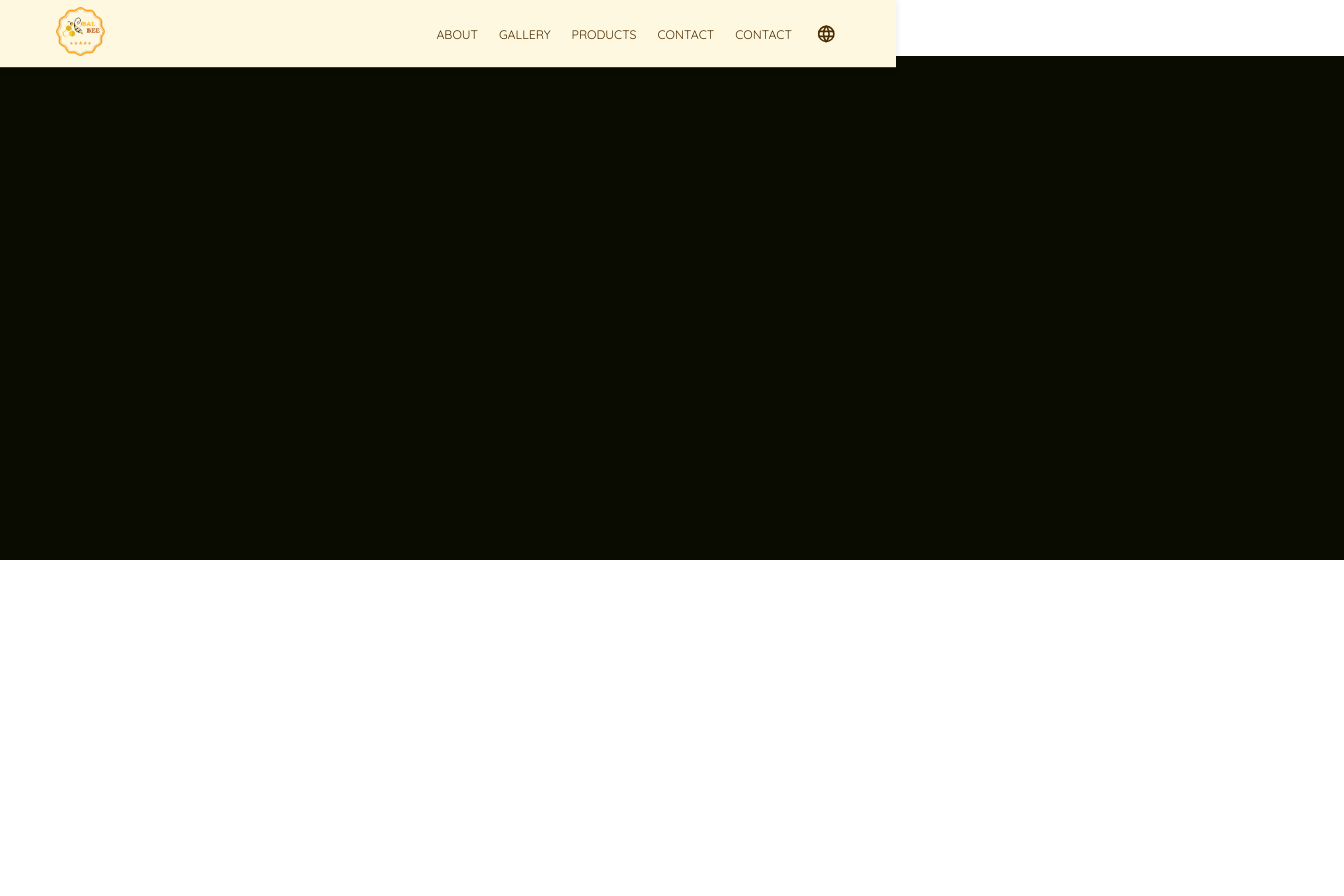
Repository: ferhadsultan98/ball-bee
Page: /blog
An editor plug-in stored every save of this project. The page is shown before and after the next save, followed by the edit.
The browser window is 1280 px wide. The page is 33554428 px wide, so the pictures cover 1920 px, including what lies to the right of the window. The pictures show the part of the page from y = 0 to 1280 px (the page is 3940 px tall), at 70% of full size.
The page's requests for data from a server got no answer. The project was rebuilt for these pictures with package versions that can differ from the ones it lists, and the page was loaded fresh each time. No one was signed in, and anything a server would have sent is missing. Also part of the build but not shown: vite.config.js, src/Pages/About/About.scss, src/Pages/HeroSection/HeroSection.scss, src/Pages/HeroSection/HeroSection.jsx, src/Pages/About/About.jsx, src/Pages/Gallery/Gallery.scss, src/Firebase/Firebase.jsx, src/Components/Loading/BeeLoader.scss and 17 more. Imported but missing from the stored project, and not drawn on this page: src/assets/herovideo.mp4.

Above is the page before, as saved 2025-07-18 15:46:01.

### index.html
<!doctype html>
<html lang="en">
  <head>
    <meta charset="UTF-8" />
    <link rel="shortcut icon" href="/src/assets/bee.png" type="image/x-icon">
    <meta name="viewport" content="width=device-width, initial-scale=1.0" />
    <title>BelBee Arıların dünyası</title>
  </head>
  <body>
    <div id="root"></div>
    <script type="module" src="/src/main.jsx"></script>
  </body>
</html>

### src/App.scss
@font-face {
  font-family: "Quicksand-Regular";
  src: url("./assets/Fonts/Quicksand-Regular.ttf") format("truetype");
  font-weight: normal;
  font-style: normal;
}

$font-family-regular: "Quicksand-Regular", "Roboto", sans-serif;

* {
  margin: 0;
  padding: 0;
  box-sizing: border-box;
}

::-webkit-scrollbar {
  width: 12px;
  height: 12px;
}

::-webkit-scrollbar-track {
  display: none;
  border-radius: 10px;
  box-shadow: inset 0 0 5px rgba(0, 0, 0, 0.1);
}

::-webkit-scrollbar-thumb {
  background: #ff9900;
  border-radius: 10px;
  border: 2px solid #fff8e1;
  transition: background 0.3s ease;
}

::-webkit-scrollbar-thumb:hover {
  background: #e68a00;
}


::-webkit-scrollbar-button {
  display: none;
}

html {
  scrollbar-width: thin;
  scrollbar-color: #ff9900 #fff8e1;
}

body {
  overflow-x: hidden;
  font-family: $font-family-regular, system-ui, -apple-system,
    BlinkMacSystemFont, "Segoe UI", Roboto, Oxygen, Ubuntu, Cantarell,
    "Open Sans", "Helvetica Neue", sans-serif;
  overflow-y: auto;
}

### src/Components/Layout/Layout.jsx
// src/components/Layout.jsx
import React from 'react';
import { Outlet } from 'react-router-dom';
import Header from '../Common/Header/Header';
import Footer from '../Common/Footer/Footer';
import './Layout.scss'
const Layout = () => {
  return (
    <div className="layout">
      <Header/>
      <main>
        <Outlet />
      </main>
      <Footer/>
    </div>
  );
};

export default Layout;

### src/Components/ScroolButton/ScroolButton.jsx
import { useState, useEffect } from 'react';
import './ScroolButton.scss'

const ScroolButton = () => {
  const [isVisible, setIsVisible] = useState(false);
  const [isFluttering, setIsFluttering] = useState(false);


  useEffect(() => {
    const toggleVisibility = () => {
      if (window.pageYOffset > 300) {
        setIsVisible(true);
      } else {
        setIsVisible(false);
      }
    };

    window.addEventListener('scroll', toggleVisibility);
    return () => window.removeEventListener('scroll', toggleVisibility);
  }, []);


  const scrollToTop = () => {
    setIsFluttering(true);
    window.scrollTo({
      top: 0,
      behavior: 'smooth'
    });


    setTimeout(() => {
      setIsFluttering(false);
    }, 1000);
  };

  return (
    <button
      className={`bee-scroll-top ${isVisible ? 'visible' : ''} ${isFluttering ? 'fluttering' : ''}`}
      onClick={scrollToTop}
      onMouseEnter={() => setIsFluttering(true)}
      onMouseLeave={() => setIsFluttering(false)}
      aria-label="Scroll to top"
    >
      <div className="bee-body">
        <div className="bee-wing left-wing"></div>
        <div className="bee-wing right-wing"></div>
        <div className="bee-face">
          <div className="bee-eye left-eye"></div>
          <div className="bee-eye right-eye"></div>
        </div>
        <div className="bee-stripes">
          <div className="stripe"></div>
          <div className="stripe"></div>
          <div className="stripe"></div>
        </div>
        <div className="bee-stinger"></div>
      </div>
    </button>
  );
};

export default ScroolButton;

### src/Components/Loading/BeeLoader.jsx
import React, { useState, useEffect } from 'react';
import './BeeLoader.scss';

const BeeLoader = ({ progress = 0 }) => {
  const [currentProgress, setCurrentProgress] = useState(0);

  useEffect(() => {
    setCurrentProgress(progress);
  }, [progress]);

  // Inject Lordicon script if not already loaded
  useEffect(() => {
    const script = document.createElement('script');
    script.src = 'https://cdn.lordicon.com/lordicon-1.2.0.js';
    script.async = true;
    document.body.appendChild(script);

    return () => {
      document.body.removeChild(script);
    };
  }, []);

  return (
    <div className="bee-loader-container">
      <div className="bee-character">
        <div className="wing left-wing"></div>
        <div className="lordicon-container">
          <lord-icon
            src="https://cdn.lordicon.com/rkxoesrb.json"
            trigger="loop"
            colors="primary:#e09900,secondary:#e09900"
            style={{width: "100%", height: "100%"}}>
          </lord-icon>
        </div>
        <div className="wing right-wing"></div>
      </div>

      <div className="progress-container">
        <div
          className="progress-honey"
          style={{ width: `${currentProgress}%` }}
        >
          <div className="honey-bubbles">
            <div className="bubble b1"></div>
            <div className="bubble b2"></div>
            <div className="bubble b3"></div>
          </div>
        </div>
        <div className="progress-label">{currentProgress}%</div>
      </div>
    </div>
  );
};

export default BeeLoader;

### src/Components/Common/Header/Header.jsx
// src/components/Header.jsx
import React, { useState } from 'react';
import { NavLink } from 'react-router-dom';
import { useTranslation } from 'react-i18next';
import './Header.scss';
import logo from '../../../assets/ballbeelogo.png';
import { TbWorld } from 'react-icons/tb'; // Globe icon

const Header = () => {
  const { t, i18n } = useTranslation();
  const [isMenuOpen, setIsMenuOpen] = useState(false);
  const [isLanguageDropdownOpen, setIsLanguageDropdownOpen] = useState(false);

  const toggleMenu = () => {
    setIsMenuOpen(!isMenuOpen);
    // Close language dropdown when menu toggles on mobile
    if (isLanguageDropdownOpen) {
      setIsLanguageDropdownOpen(false);
    }
  };

  const toggleLanguageDropdown = () => {
    setIsLanguageDropdownOpen(!isLanguageDropdownOpen);
  };

  const changeLanguage = (lng) => {
    i18n.changeLanguage(lng);
    setIsLanguageDropdownOpen(false);
    setIsMenuOpen(false);
  };

  return (
    <header className="header">
      <div className="header-container">
        <div className="logo">
          <NavLink to="/">
            <img src={logo} alt="Ball-Bee Logo" />
          </NavLink>
        </div>
        <button className="hamburger" onClick={toggleMenu}>
          <span className={`hamburger-line ${isMenuOpen ? 'open' : ''}`}></span>
          <span className={`hamburger-line ${isMenuOpen ? 'open' : ''}`}></span>
          <span className={`hamburger-line ${isMenuOpen ? 'open' : ''}`}></span>
        </button>
        <nav className={`navbar ${isMenuOpen ? 'open' : ''}`}>
          <ul>
            <li>
              <NavLink to="/about" onClick={() => setIsMenuOpen(false)}>
                {t('header.about')}
              </NavLink>
            </li>
            <li>
              <NavLink to="/gallery" onClick={() => setIsMenuOpen(false)}>
                {t('header.gallery')}
              </NavLink>
            </li>
            <li>
              <NavLink to="/products" onClick={() => setIsMenuOpen(false)}>
                {t('header.products')}
              </NavLink>
            </li>
            <li>
              <NavLink to="/contact" onClick={() => setIsMenuOpen(false)}>
                {t('header.contact')}
              </NavLink>
            </li>
            <li>
              <NavLink to="/contact" onClick={() => setIsMenuOpen(false)}>
                {t('header.contact')}
              </NavLink>
            </li>
            <li className="language-switcher">
              <button className="language-toggle" onClick={toggleLanguageDropdown}>
                <TbWorld className="globe-icon" />
              </button>
              <div className={`language-dropdown ${isLanguageDropdownOpen ? 'open' : ''}`}>
                <button
                  className={i18n.language === 'az' ? 'active' : ''}
                  onClick={() => changeLanguage('az')}
                >
                  AZ
                </button>
                <button
                  className={i18n.language === 'en' ? 'active' : ''}
                  onClick={() => changeLanguage('en')}
                >
                  EN
                </button>
                <button
                  className={i18n.language === 'ru' ? 'active' : ''}
                  onClick={() => changeLanguage('ru')}
                >
                  RU
                </button>
              </div>
            </li>
          </ul>
        </nav>
      </div>
    </header>
  );
};

export default Header;

### src/Components/Common/Footer/Footer.jsx
// src/components/Footer.jsx
import React from "react";
import "./Footer.scss";
import { useTranslation } from "react-i18next";
import logo from "../../../assets/ballbeelogo.png";
import { Link } from "react-router-dom";

const Footer = () => {
  const { t, i18n } = useTranslation();

  return (
    <footer className="footer">
      <div className="footer-container">
        <div className="footer-brand">
          <img src={logo} alt="logo" />
          <p>{t("footer.desc")}</p>
        </div>
        <div className="footer-links">
          <h4>{t("footer.quicklinks")}</h4>
          <ul>
            <li>
              <a href="/about">{t("header.about")}</a>
            </li>
            <li>
              <a href="/gallery">{t("header.gallery")}</a>
            </li>
            <li>
              <a href="/products">{t("header.products")}</a>
            </li>
            <li>
              <a href="/contact">{t("header.contact")}</a>
            </li>
          </ul>
        </div>
        <div className="footer-contact">
          <h4>{t("header.contact")}</h4>
          <p>{t("footer.phone")}: +994 50 300 74 30</p>
        </div>
      </div>
      <div className="footer-bottom">
        <p>&copy; 2025 BalBee. {t("footer.bottom")}.</p>
        <p>
          <Link to="https://www.instagram.com/ferhad.sultann/" target="_blank">
            {t("common.createdby")}
          </Link>
        </p>
      </div>
    </footer>
  );
};

export default Footer;

### src/Components/Layout/Layout.scss
// src/components/Layout.scss
.layout {
    display: flex;
    flex-direction: column;
    min-height: 100vh;

    main {
      flex: 1;
      padding-top: 80px;
    }
  }

### src/Pages/Home/Home.scss
.home {
  width: 100%;
  min-height: calc(100vh - 80px);
  position: relative;

  .slide {
    outline: none;
    position: relative;
    height: calc(100vh - 80px);

    .slide-background {
      width: 100%;
      height: 100vh;
      background-size: cover;
      background-position: center;
      background-repeat: no-repeat;
      position: relative;
      filter: brightness(0.7);
    }

    .slide-overlay {
      position: absolute;
      top: 0;
      left: 0;
      width: 100%;
      height: 100%;
      display: flex;
      justify-content: center;
      align-items: center;
      background: rgba(0, 0, 0, 0.2);
    }

    .slide-content {
      text-align: center;
      color: #fff8e1;
      max-width: 600px;
      padding: 20px;
      display: flex;
      flex-direction: column;
      gap: 20px;

      h1 {
        font-size: 3.5rem;
        font-weight: 800;
        line-height: 1.2;
        text-shadow: 2px 2px 4px rgba(0, 0, 0, 0.5);
      }

      .description {
        font-size: 1.2rem;
        line-height: 1.6;
        text-shadow: 1px 1px 2px rgba(0, 0, 0, 0.5);

      }

      .learn-more-btn {
        padding: 12px 30px;
        background-color: #ff9900;
        color: #fff8e1;
        border: none;
        border-radius: 25px;
        cursor: pointer;
        font-size: 1.1rem;
        font-weight: 600;
        transition: background-color 0.3s, transform 0.2s, box-shadow 0.3s;
        width: fit-content;
        margin: 0 auto;
        display: flex;
       i{
        display: flex;
        align-items: center;
        margin-left: 5px;
        transform: scale(1.3);
       }

        &:hover {
          background-color: #e68a00;
          transform: translateY(-2px);
          box-shadow: 0 4px 12px rgba(255, 153, 0, 0.3);
        }

        &:active {
          transform: translateY(0);
          box-shadow: none;
        }
      }
    }
  }

  .testimonials {
    padding: 50px 0;
    background-color: #af6b05a7;
    text-align: center;

    h2 {
      font-size: 2.5rem;
      font-weight: 700;
      margin-bottom: 30px;
      color: #333;
    }

    .testimonial-cards {
      display: flex;
      justify-content: center;
      gap: 30px;
      flex-wrap: wrap;

      .testimonial-card {
        width: 250px;
        background-color: #fff;
        border-radius: 10px;
        padding: 20px;
        box-shadow: 0 4px 10px rgba(0, 0, 0, 0.1);
        text-align: center;

        .avatar {
          width: 70px;
          height: 70px;
          border-radius: 50%;
          margin-bottom: 20px;
        }

        .testimonial-content {
          .feedback {
            font-size: 1.1rem;
            color: #555;
            margin-bottom: 10px;
          }

          .customer-name {
            font-weight: bold;
            color: #333;
          }
        }
      }
    }
  }

  /* Responsive Styles */
  @media (max-width: 768px) {
    .testimonials {
      .testimonial-cards {
        flex-direction: column;
        align-items: center;
      }
    }

    .slick-dots {
      bottom: 10px;

      li {
        button:before {
          font-size: 10px;
        }
      }
    }
  }
}

### src/Pages/HoneyComponent/HoneyComponent.jsx
// HoneyComponent.jsx
import React, { useState, useEffect } from "react";
import "./HoneyComponent.scss";
import { useTranslation } from "react-i18next";
import { FaArrowRightLong } from "react-icons/fa6";
import { Link } from "react-router-dom";

const HoneyComponent = () => {
  const [isVisible, setIsVisible] = useState(false);
  const { t } = useTranslation();
  useEffect(() => {
    setIsVisible(true);

    const handleScroll = () => {
      const honeyElements = document.querySelectorAll(".honey-drop");
      honeyElements.forEach((element) => {
        const position = element.getBoundingClientRect();
        if (position.top < window.innerHeight) {
          element.classList.add("dripping");
        }
      });
    };

    window.addEventListener("scroll", handleScroll);
    return () => window.removeEventListener("scroll", handleScroll);
  }, []);

  return (
    <div className={`honey-component ${isVisible ? "visible" : ""}`}>
      <div className="honey-background">
        {[...Array(6)].map((_, i) => (
          <div key={i} className="honey-drop" />
        ))}
        <div className="honeycomb">
          {[...Array(12)].map((_, i) => (
            <div key={i} className="cell" />
          ))}
        </div>
      </div>

      <div className="content-container">
        <div className="bee-icon">
          <div className="bee-body"></div>
          <div className="bee-wing wing-left"></div>
          <div className="bee-wing wing-right"></div>
          <div className="bee-stinger"></div>
        </div>

        <h1 className="title">BallBee</h1>
        <h2 className="subtitle">{t("footer.desc")}</h2>
        <Link to="/products">
          <button className="honey-button">
            <span className="button-text">{t("details.viewProducts")}</span>
            <span className="button-icon">
              <i>
                <FaArrowRightLong />
              </i>
            </span>
          </button>
        </Link>
      </div>
    </div>
  );
};

export default HoneyComponent;

### src/Components/ScroolButton/ScroolButton.scss
.bee-scroll-top {
    position: fixed;
    bottom: 30px;
    right: 30px;
    width: 60px;
    height: 60px;
    background-color: transparent;
    border: none;
    cursor: pointer;
    z-index: 999;
    opacity: 0;
    transform: translateY(20px);
    transition: opacity 0.3s ease, transform 0.3s ease;
    outline: none;

    &.visible {
      opacity: 1;
      transform: translateY(0);
    }

    .bee-body {
      position: relative;
      width: 100%;
      height: 100%;
      background-color: #FFC700;
      border-radius: 50% 50% 50% 50% / 60% 60% 40% 40%;
      box-shadow: 0 4px 8px rgba(0, 0, 0, 0.2);
      overflow: hidden;
      transition: transform 0.2s ease;

      &:hover {
        transform: scale(1.05);
      }
    }

    .bee-wing {
      position: absolute;
      width: 30px;
      height: 25px;
      background-color: rgba(255, 255, 255, 0.8);
      border-radius: 50% 50% 50% 50% / 80% 80% 20% 20%;
      top: 10px;
      z-index: 2;
      transition: transform 0.15s ease;
    }

    .left-wing {
      left: -8px;
      transform-origin: right center;
    }

    .right-wing {
      right: -8px;
      transform-origin: left center;
    }

    &.fluttering {
      .left-wing {
        animation: flutterLeftWing 0.2s infinite alternate;
      }

      .right-wing {
        animation: flutterRightWing 0.2s infinite alternate;
      }
    }

    .bee-face {
      position: absolute;
      width: 25px;
      height: 20px;
      top: 12px;
      left: 50%;
      transform: translateX(-50%);
      z-index: 3;
    }

    .bee-eye {
      position: absolute;
      width: 6px;
      height: 8px;
      background-color: #333;
      border-radius: 50%;
      top: 2px;
    }

    .left-eye {
      left: 2px;
    }

    .right-eye {
      right: 2px;
    }

    .bee-stripes {
      position: absolute;
      width: 100%;
      height: 65%;
      bottom: 0;
      display: flex;
      flex-direction: column;
      justify-content: space-evenly;
      z-index: 1;
    }

    .stripe {
      width: 100%;
      height: 8px;
      background-color: #333;
    }

    .bee-stinger {
      position: absolute;
      bottom: 2px;
      left: 50%;
      transform: translateX(-50%);
      width: 0;
      height: 0;
      border-left: 5px solid transparent;
      border-right: 5px solid transparent;
      border-top: 10px solid #333;
    }
  }

  @keyframes flutterLeftWing {
    0% {
      transform: rotate(0deg);
    }
    100% {
      transform: rotate(-30deg);
    }
  }

  @keyframes flutterRightWing {
    0% {
      transform: rotate(0deg);
    }
    100% {
      transform: rotate(30deg);
    }
  }

### src/Components/Common/Footer/Footer.scss
// src/components/Footer.scss
.footer {
  width: 100%;
  background-color: #4a2c00; // Dark honey brown
  color: #fff8e1; // Light honey text
  padding: 40px 0;

  .footer-container {
    margin: 0 auto;
    display: grid;
    grid-template-columns: repeat(auto-fit, minmax(200px, 1fr));
    gap: 30px;
    padding: 0 80px;
  }

  .footer-brand {
    display: flex;
    flex-direction: column;
    gap: 15px;

    h3 {
      font-size: 1.8rem;
      margin-bottom: 10px;
    }
    p {
      font-size: 1rem;
      opacity: 0.8;
    }
    img {
      max-width: 80px;
    }
  }

  .footer-links {
    h4 {
      font-size: 1.2rem;
      margin-bottom: 15px;
    }
    ul {
      list-style: none;
      padding: 0;

      li {
        margin-bottom: 10px;

        a {
          color: #fff8e1;
          text-decoration: none;
          transition: color 0.3s;

          &:hover {
            color: #ff9900; // Bright honey on hover
          }
        }
      }
    }
  }

  .footer-contact {
    h4 {
      font-size: 1.2rem;
      margin-bottom: 15px;
    }
    p {
      margin-bottom: 10px;
      font-size: 1rem;
    }
  }

  .footer-bottom {
    text-align: center;
    padding-top: 20px;
    border-top: 1px solid rgba(255, 248, 225, 0.2);
    margin-top: 20px;

    p {
      font-size: 0.9rem;
      opacity: 0.7;
    }
  }

  @media (max-width: 768px) {
    .footer-brand {
      justify-content: center;
      align-items: center;
    }
    .footer-container {
      grid-template-columns: 1fr;
      text-align: center;
    }
  }
  a {
    color: inherit;
    text-decoration: none;
    transition: 0.5s ease-in-out;
    &:hover{
      text-decoration: underline;
    }
  }
}

### src/assets/Fonts/Fonts.scss

  @font-face {
    font-family: 'Quicksand-Regular';
    src: url('./Quicksand-Regular.ttf') format('truetype');
    font-weight: normal;
    font-style: normal;
  }

  $font-family-regular: 'Quicksand-Regular';

Loaded but not shown: src/main.jsx (common file); src/index.css (common file); src/Languages/RU/RU.json (108 lines, source omitted); src/Languages/EN/EN.json (110 lines, source omitted); src/Languages/AZ/AZ.json (106 lines, source omitted); src/Languages/i18n.js (40 lines, source omitted); src/Pages/HoneyComponent/HoneyComponent.scss (353 lines, source omitted); src/Components/Common/Header/Header.scss (250 lines, source omitted); src/Pages/Home/Home.jsx (141 lines, source omitted); src/App.jsx (113 lines, source omitted)

After the next save:
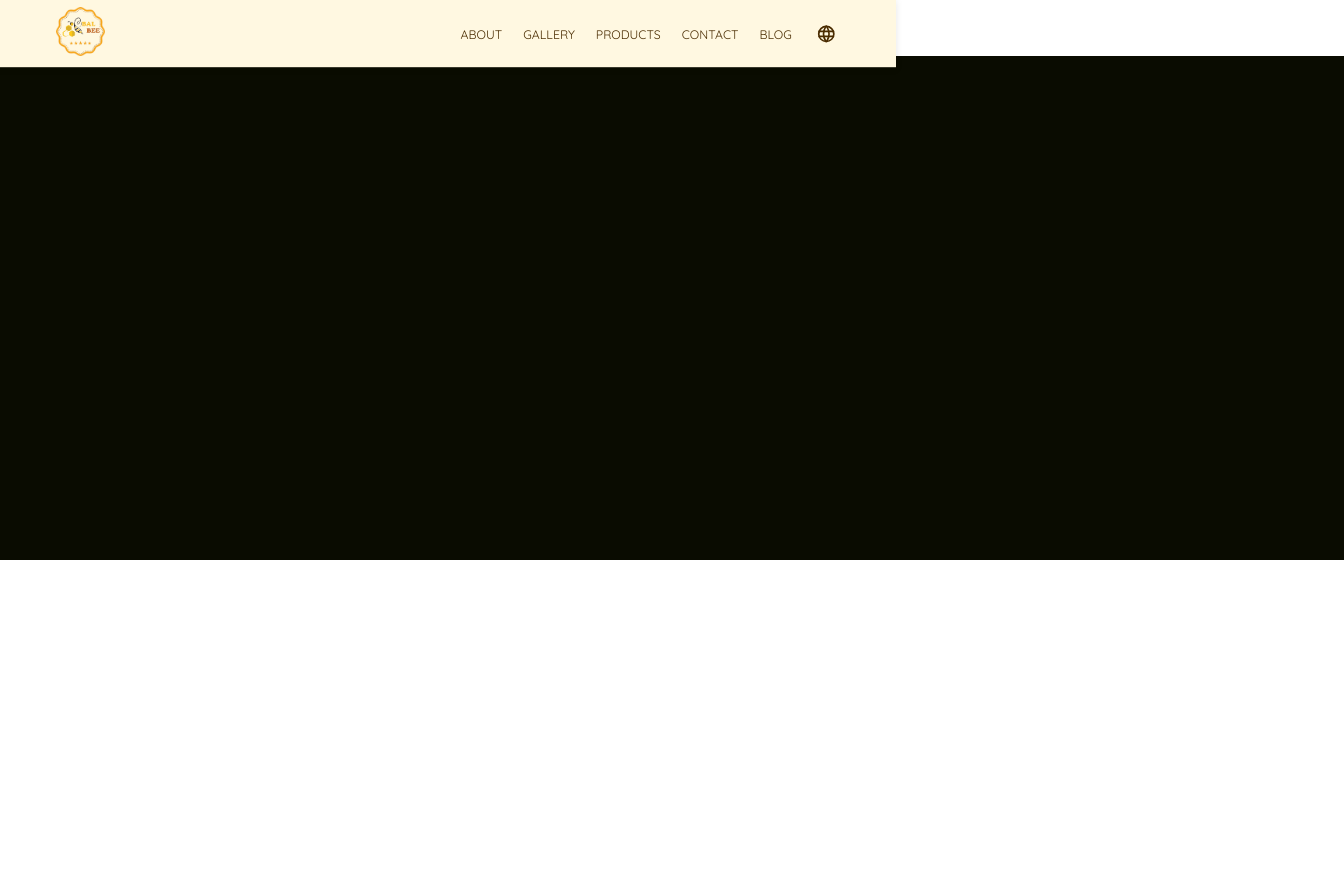
Saved 9 s later.
--- a/src/Components/Common/Header/Header.jsx
+++ b/src/Components/Common/Header/Header.jsx
@@ -66,7 +66,7 @@
             </li>
             <li>
               <NavLink to="/contact" onClick={() => setIsMenuOpen(false)}>
-                {t('header.contact')}
+                Blog
               </NavLink>
             </li>
             <li className="language-switcher">
